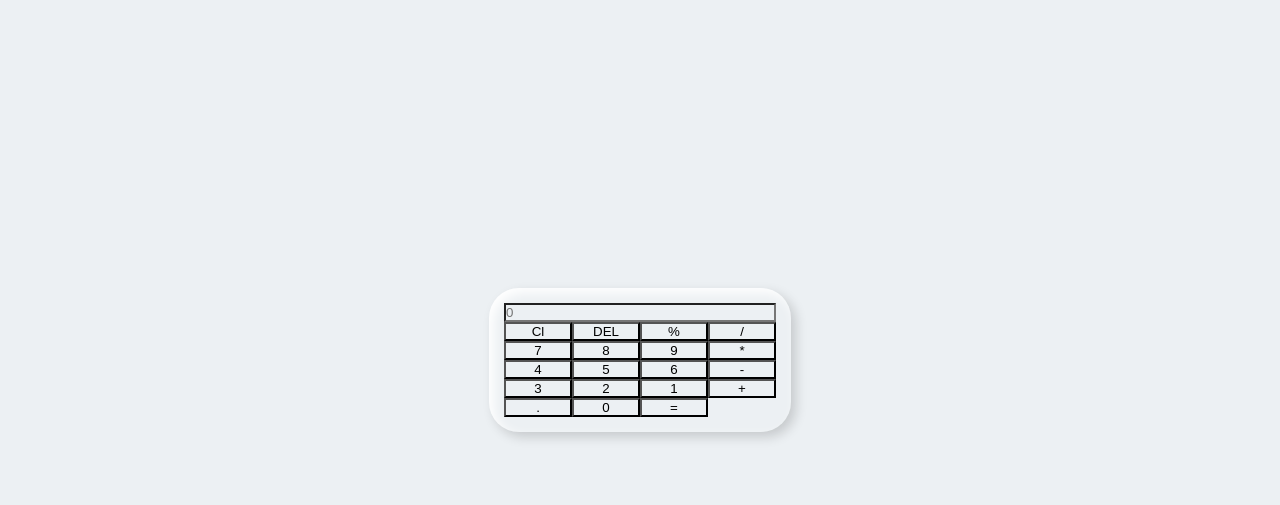
Repository: Mayur2905/OIBSIP
Page: Task-3/index.html
These files come from the project's save history. The page is drawn as it stood at one moment and after the next save; the edit follows.
The browser window is 1280 px wide. The pictures show the whole page.

Above is the page before, as saved 2022-02-02 13:46:40.

### Task-3/index.html
<!DOCTYPE html>
<html lang="en">
<head>
    <meta charset="UTF-8">
    <meta http-equiv="X-UA-Compatible" content="IE=edge">
    <meta name="viewport" content="width=device-width, initial-scale=1.0">
    <title>Clauculator</title>
    <link rel="stylesheet" href="style.css">
</head>
<body>
    <div class="container">
        <div class="calculator">
            <input type="text" placeholder="0">
            <button onclick="Clear()">Cl</button>
            <button onclick="del()">DEL</button>
            <button onclick="dispaly('%')">%</button>
            <button onclick="dispaly('%')">/</button>
            <button onclick="dispaly('7')">7</button>
            <button onclick="dispaly('8')">8</button>
            <button onclick="dispaly('9')">9</button>
            <button onclick="dispaly('*')">*</button>
            <button onclick="dispaly('4')">4</button>
            <button onclick="dispaly('5')">5</button>
            <button onclick="dispaly('6')">6</button>
            <button onclick="dispaly('-')">-</button>
            <button onclick="dispaly('3')">3</button>
            <button onclick="dispaly('2')">2</button>
            <button onclick="dispaly('1')">1</button>
            <button onclick="dispaly('+')">+</button>
            <button onclick="dispaly('.')">.</button>
            <button onclick="dispaly('0')">0</button>
            <button onclick="Calculate()">=</button>
        </div>

    </div>
</body>
</html>

### Task-3/style.css
* {
  margin: 0;
  padding: 0;
  box-sizing: border-box;
  background-color: #ecf0f3;
  font-family: sans-serif;
  outline: none;
}
.container {
  height: 100vh;
  display: flex;
  justify-content: center;
  align-items: center;
}
.calculator {
  background-color: #ecf0f3;
  padding: 15px;
  border-radius: 30px;
  box-shadow: inset 5px 5px 12px #ffffff, 5px 5px 12px rgba(0, 0, 0, 0.16);
  display: grid;
  grid-template-columns: repeat(4, 68px);
}
input {
  grid-column: span 4;
}

After the next save:
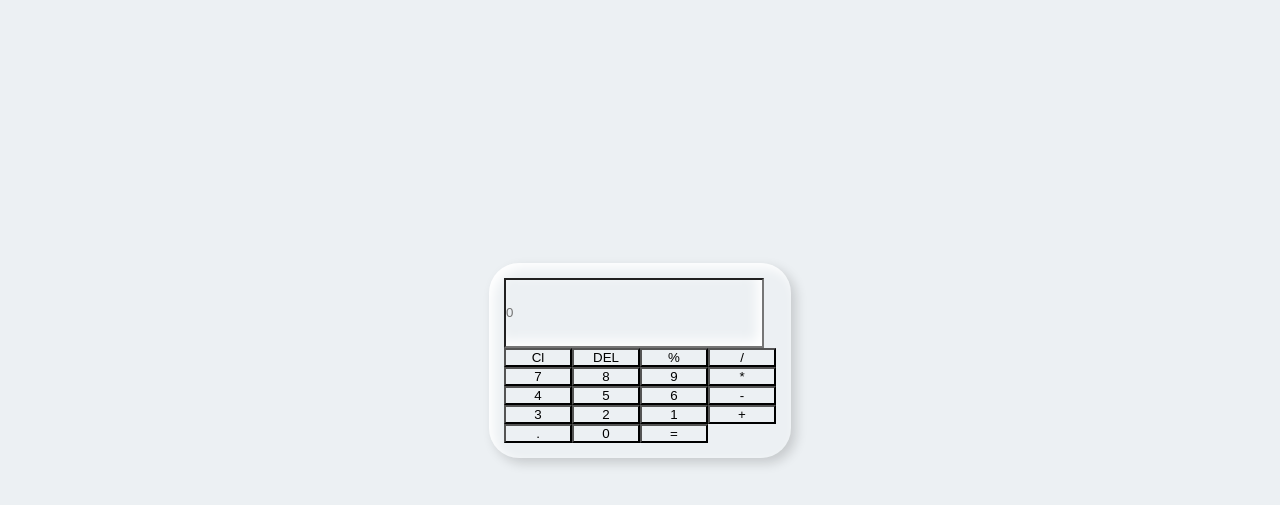
Saved 86 s later.
--- a/Task-3/style.css
+++ b/Task-3/style.css
@@ -22,4 +22,8 @@
 }
 input {
   grid-column: span 4;
+  height: 70px;
+  width: 260px;
+  background-color: #ecf0f3;
+  box-shadow: inset -5px -5px 12px #ffffff;
 }
